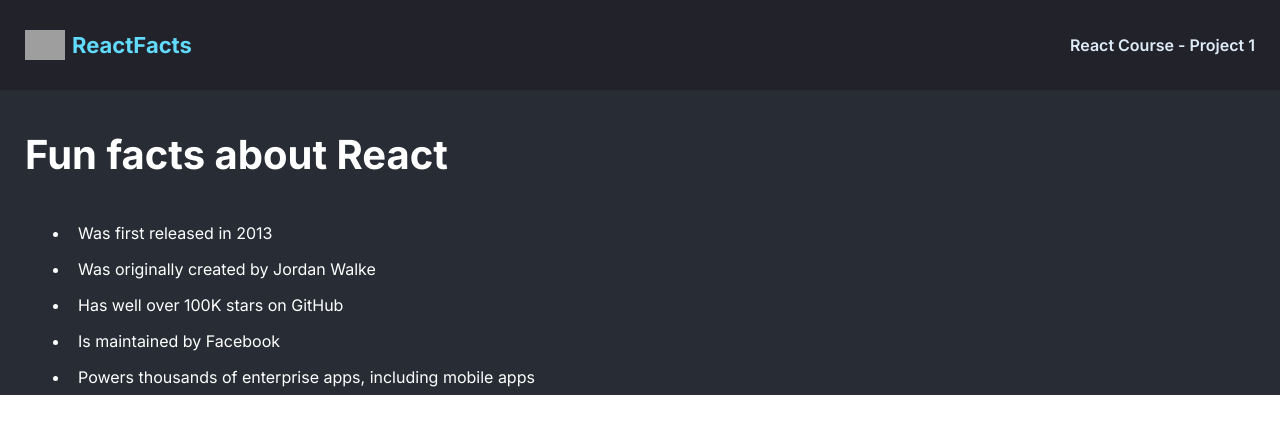
Repository: evemcd/scrimba-react2
Page: / (app in vite-react/)
These files come from the project's save history. The page is drawn as it stood at one moment and after the next save; the edit follows.
The browser window is 1280 px wide. The pictures show the whole page.
Pictures or frames that could not be fetched are drawn as grey boxes. The project was rebuilt for these pictures with package versions that can differ from the ones it lists, and the page was loaded fresh each time. Also part of the build but not shown: vite-react/vite.config.js.

Above is the page before, as saved 2023-08-04 12:12:44.

### vite-react/index.html
<!doctype html>
<html lang="en">

<head>
  <meta charset="UTF-8" />
  <meta name="viewport" content="width=device-width, initial-scale=1.0" />
  <link rel="preconnect" href="https://fonts.googleapis.com">
  <link rel="preconnect" href="https://fonts.gstatic.com" crossorigin>
  <link
    href="https://fonts.googleapis.com/css2?family=Inter:wght@400;600;700&family=Roboto+Condensed:wght@300;400;700&family=Roboto:ital,wght@0,400;0,700;0,900;1,300&display=swap"
    rel="stylesheet">
  <link rel="stylesheet" href="./src/index.css">
  <title>ReactFacts</title>
</head>

<body>
  <div id="root"></div>
  <script type="module" src="/src/index.jsx"></script>
</body>

</html>

### vite-react/src/index.css
* {
  box-sizing: border-box;
}

body {
  margin: 0;
  font-family: Inter, sans-serif;
}

nav {
  display: flex;
  align-items: center;
  background-color: #21222A;
  height: 90px;
  padding: 30px 25px;
}

.nav--icon {
  height: 30px;
  margin-right: 7px;
}

.nav--logo_text {
  color: #61DAFB;
  margin: 0;
  margin-right: auto;
  font-weight: 700;
  font-size: 22px;
}

.nav--title {
  margin: 0;
  color: #DEEBF8;
  font-weight: 600;
}

main {
  background-color: #282D35;
  color: #FFFFFF;
}

main>h1 {
  margin: 0;
  padding: 40px 25px 20px 25px;
  font-size: 40px;
}

.factsList {
  padding: 0 70px;
}

.listElements {
  padding: 8px;
  font-size: 16px;
}

### vite-react/src/index.jsx
import React from 'react'
import ReactDOM from 'react-dom'
import App from './App.jsx'



ReactDOM.render(
  <App />,
  document.getElementById('root'))

### vite-react/src/App.jsx
import React from 'react'
import Navbar from './components/Navbar.jsx'
import Main from './components/Main.jsx'

export default function App() {
    return (
        <div className="container">
            <Navbar />
            <Main />
        </div>
    )
}

### vite-react/src/components/Navbar.jsx
import '../index.css'

export default function Navbar() {
    return (
        <nav>
            <img src="../../public/img/react-logo.png" className='nav--icon' />
            <h3 className='nav--logo_text'>ReactFacts</h3>
            <h4 className='nav--title'>React Course - Project 1</h4>
        </nav>
    )
}

### vite-react/src/components/Main.jsx
export default function Main() {
    return (
        <main>
            <h1>Fun facts about React</h1>
            <ul className="factsList">
                <li className="listElements">Was first released in 2013</li>
                <li className="listElements">Was originally created by Jordan Walke</li>
                <li className="listElements">Has well over 100K stars on GitHub</li>
                <li className="listElements">Is maintained by Facebook</li>
                <li className="listElements">Powers thousands of enterprise apps, including mobile apps</li>
            </ul>
        </main>
    )
}

After the next save:
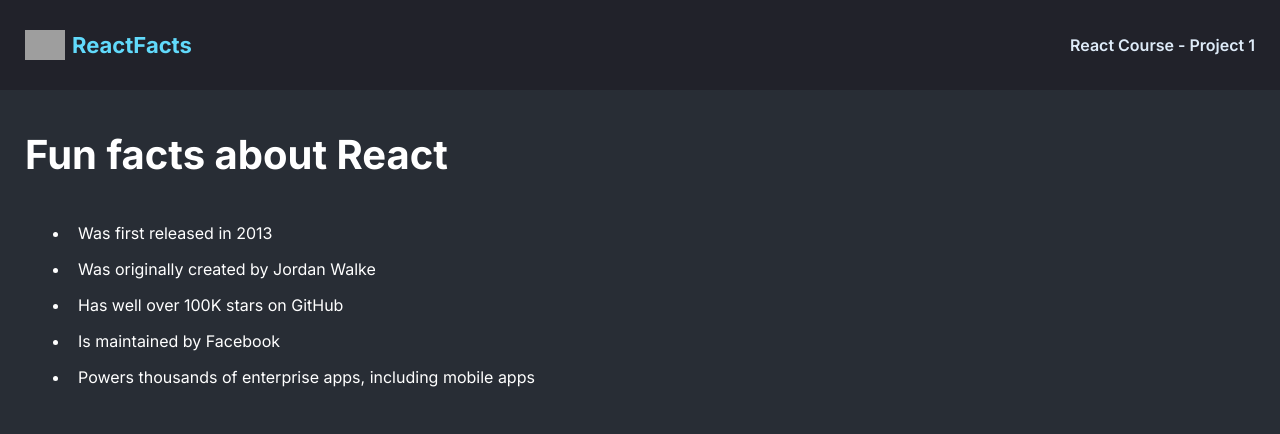
Saved 51 s later.
--- a/vite-react/src/index.css
+++ b/vite-react/src/index.css
@@ -5,6 +5,7 @@
 body {
   margin: 0;
   font-family: Inter, sans-serif;
+  background-color: #282D35;
 }
 
 nav {
@@ -35,7 +36,6 @@ nav {
 }
 
 main {
-  background-color: #282D35;
   color: #FFFFFF;
 }
 
